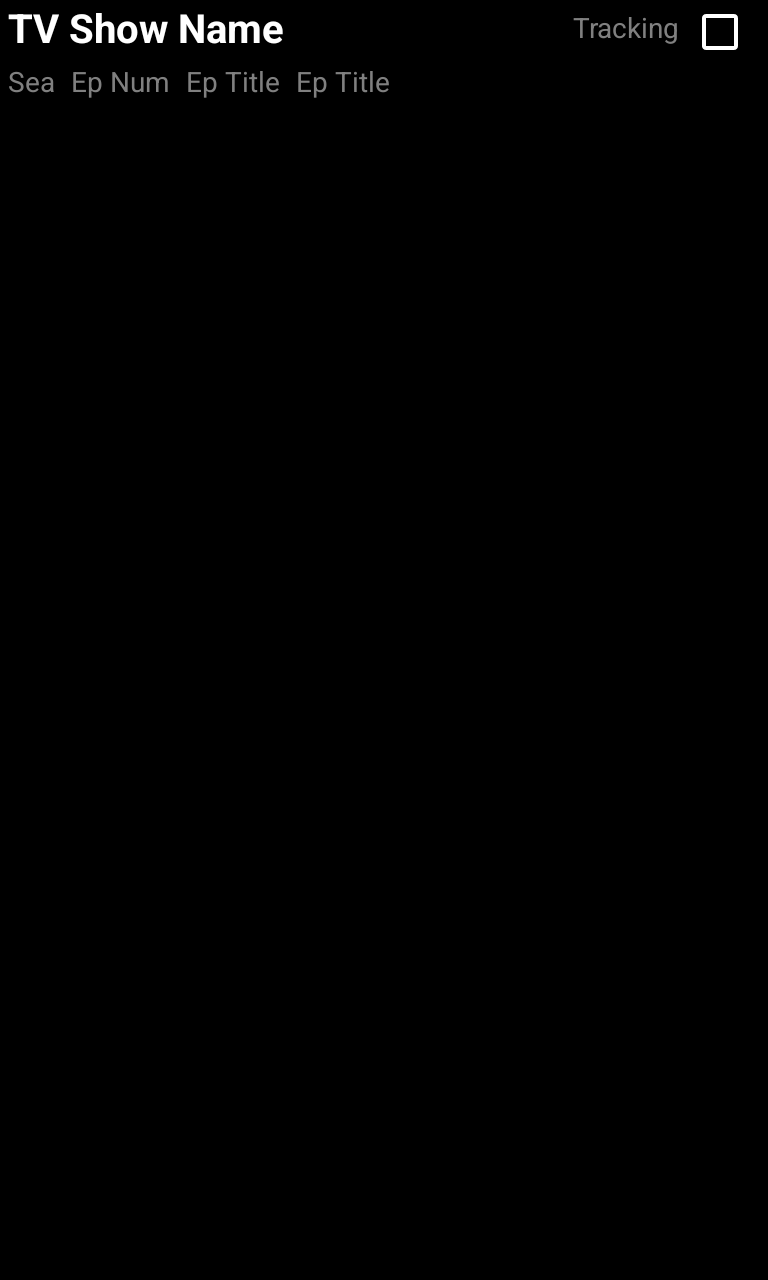
Repository: Jeedan/learning-android-apps
Layout: TvShowTracker/res/layout/list_item_tvshow.xml
An editor plug-in stored every save of this project. The layout is shown before and after a run of saves, followed by the edit.
It is drawn on a 768 x 1280 px phone screen (xhdpi) without system bars, with theme AppTheme; the app's code is not run. The app's manifest (not shown) leaves right-to-left support off. So textAlignment, textDirection and layoutDirection are ignored, and left and right values win over start and end ones.

Above is the layout before, as saved 2014-11-01 10:54:57.

### TvShowTracker/res/layout/list_item_tvshow.xml
<?xml version="1.0" encoding="utf-8"?>
<RelativeLayout xmlns:android="http://schemas.android.com/apk/res/android"
    android:layout_width="match_parent"
    android:layout_height="wrap_content"
    android:background="@android:color/background_dark"  >

    <TextView
        android:id="@+id/tv_show_name_text_view"
        android:layout_width="match_parent"
        android:layout_height="wrap_content"
        android:textSize="20sp"
        android:textStyle="bold"
        android:paddingLeft="4dp"
        android:paddingRight="4dp"
        android:text="@string/tv_show_name"
        android:textColor="@android:color/white"/>

    <CheckBox android:id="@+id/tracked_tv_show_check_box"
        android:layout_width="wrap_content"
        android:layout_height="wrap_content"
        android:layout_alignParentRight="true"
        android:layout_alignParentEnd="true"
        android:padding="4dp"
        android:enabled="false"
        android:focusable="false"
        android:buttonTint="@android:color/background_light"/>

    <TextView
        android:id="@+id/tracking_text_View"
        android:layout_width="wrap_content"
        android:layout_height="wrap_content"
        android:layout_toStartOf="@id/tracked_tv_show_check_box"
        android:layout_toLeftOf="@id/tracked_tv_show_check_box"
        android:paddingLeft="4dp"
        android:paddingRight="4dp"
        android:paddingTop="4dp"
 	    android:text="@string/tracking_text_check_box"
        android:textColor="@android:color/tertiary_text_light"/>

	<TextView
        android:id="@+id/tv_show_season_text_view"
        android:layout_width="wrap_content"
        android:layout_height="wrap_content"
        android:paddingLeft="4dp"
        android:paddingRight="4dp"
        android:paddingTop="4dp"
        android:layout_below="@id/tv_show_name_text_view"
        android:text="@string/tv_show_season"
        android:textColor="@android:color/tertiary_text_light"/>

	<TextView
        android:id="@+id/tv_show_episode_number_text_view"
        android:layout_width="wrap_content"
        android:layout_height="wrap_content"
        android:paddingLeft="4dp"
        android:paddingRight="4dp"
        android:paddingTop="4dp"
        android:layout_below="@id/tv_show_name_text_view"
        android:layout_toEndOf="@id/tv_show_season_text_view"
        android:layout_toRightOf="@id/tv_show_season_text_view"
        android:text="@string/tv_show_episode_number"
        android:textColor="@android:color/tertiary_text_light"/>

	<TextView
        android:id="@+id/tv_show_episode_text_view"
        android:layout_width="wrap_content"
        android:layout_height="wrap_content"
        android:paddingLeft="4dp"
        android:paddingRight="4dp"
        android:paddingTop="4dp"
        android:layout_below="@id/tv_show_name_text_view"
        android:layout_toEndOf="@id/tv_show_episode_number_text_view"
        android:layout_toRightOf="@id/tv_show_episode_number_text_view"
        android:text="@string/tv_show_episode_title"
        android:textColor="@android:color/tertiary_text_light"/>

	<TextView
        android:id="@+id/show_release_date"
        android:layout_width="wrap_content"
        android:layout_height="wrap_content"
        android:paddingLeft="4dp"
        android:paddingRight="4dp"
        android:paddingTop="4dp"
        android:layout_below="@id/tv_show_name_text_view"
        android:layout_toEndOf="@id/tv_show_episode_text_view"
        android:layout_toRightOf="@id/tv_show_episode_text_view"
        android:text="@string/tv_show_episode_title"
        android:textColor="@android:color/tertiary_text_light"/>

</RelativeLayout>

### TvShowTracker/res/values-v21/styles.xml
<resources>

    <!--
        Base application theme for API 14+. This theme completely replaces
        AppBaseTheme from BOTH res/values/styles.xml and
        res/values-v11/styles.xml on API 14+ devices.
    -->
    <style name="AppBaseTheme" parent="@android:style/Theme.Material">
        <!-- API 21 theme customizations can go here. -->
     	<!-- Main theme colors -->
	    <!--   your app branding color for the app bar (Action bar_)-->
	    <item name="android:colorPrimary">@color/primary</item>
	    <!--   darker variant for the status bar and contextual app bars -->
	    <item name="android:colorPrimaryDark">@color/primary_dark</item>
	    <!--   theme UI controls like checkboxes and text fields -->
	    <item name="android:colorAccent">@color/accent</item>
	    <!--   winow background -->
	    <item name="android:windowBackground">@color/windowBackground</item>
	    <!--   Text but don't know if it is for all texts -->
	    <item name="android:textColorPrimary">@color/textColorPrimary_Light</item>
    </style>

        <!-- Application theme. -->
    <style name="AppTheme" parent="AppBaseTheme">
        </style>
</resources>

### TvShowTracker/res/values/colors.xml
<?xml version="1.0" encoding="utf-8"?>
<resources>
    <color name="accent">#FF9D00</color>

    <!--  example: season + episode + release date info text under Show Name -->
    <color name="show_subtitle_text_view_color">#368ABF</color>

    <color name="textColorPrimary">#ffffff</color>
    <color name="textColorPrimary_Light">#666666</color>

    <color name="windowBackground">#333333</color>

    <color name="primary">#1a1a1a</color>
    <color name="primary_dark">#000000</color>

</resources>

### TvShowTracker/res/values/strings.xml
<?xml version="1.0" encoding="utf-8"?>
<resources>

    <string name="app_name">TvShowTracker</string>
    <string name="app_all_shows">All shows</string>
    <string name="app_calendar_title">Today\'s shows</string>
    <string name="action_settings">Settings</string>

    <string name="tv_show_name">TV Show Name</string>
    <string name="tv_show_season">Sea</string>
    <string name="tv_show_episode_number">Ep Num</string>
    <string name="tv_show_episode_title">Ep Title </string>
    <string name="tv_show_release_date">Release Date </string>


    <string name="empty_list">There are no TV Shows in this list.</string>


    <string name="tracking_text_check_box">Tracking</string>

</resources>

Loaded but not shown: TvShowTracker/res/values/styles.xml (common file); TvShowTracker/res/values-v11/styles.xml (common file)

After the next 6 saves:
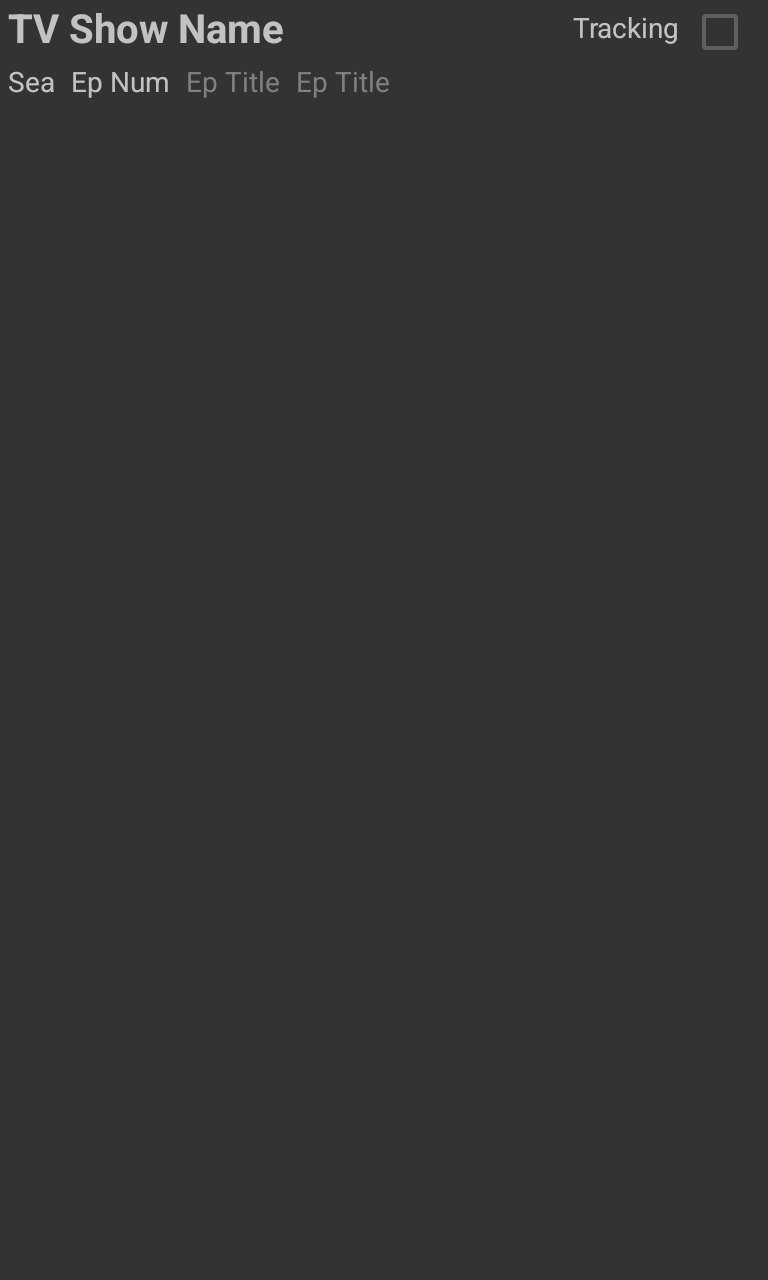
The 6 saves are shown as one change because they came seconds apart.
The last was saved 26 s later.
--- a/TvShowTracker/res/layout/list_item_tvshow.xml
+++ b/TvShowTracker/res/layout/list_item_tvshow.xml
@@ -1,8 +1,7 @@
 <?xml version="1.0" encoding="utf-8"?>
 <RelativeLayout xmlns:android="http://schemas.android.com/apk/res/android"
     android:layout_width="match_parent"
-    android:layout_height="wrap_content"
-    android:background="@android:color/background_dark"  >
+    android:layout_height="wrap_content" >
 
     <TextView
         android:id="@+id/tv_show_name_text_view"
@@ -12,8 +11,7 @@
         android:textStyle="bold"
         android:paddingLeft="4dp"
         android:paddingRight="4dp"
-        android:text="@string/tv_show_name"
-        android:textColor="@android:color/white"/>
+        android:text="@string/tv_show_name"/>
 
     <CheckBox android:id="@+id/tracked_tv_show_check_box"
         android:layout_width="wrap_content"
@@ -22,8 +20,7 @@
         android:layout_alignParentEnd="true"
         android:padding="4dp"
         android:enabled="false"
-        android:focusable="false"
-        android:buttonTint="@android:color/background_light"/>
+        android:focusable="false"/>
 
     <TextView
         android:id="@+id/tracking_text_View"
@@ -34,8 +31,7 @@
         android:paddingLeft="4dp"
         android:paddingRight="4dp"
         android:paddingTop="4dp"
- 	    android:text="@string/tracking_text_check_box"
-        android:textColor="@android:color/tertiary_text_light"/>
+ 	    android:text="@string/tracking_text_check_box"/>
 
 	<TextView
         android:id="@+id/tv_show_season_text_view"
@@ -45,8 +41,7 @@
         android:paddingRight="4dp"
         android:paddingTop="4dp"
         android:layout_below="@id/tv_show_name_text_view"
-        android:text="@string/tv_show_season"
-        android:textColor="@android:color/tertiary_text_light"/>
+        android:text="@string/tv_show_season"/>
 
 	<TextView
         android:id="@+id/tv_show_episode_number_text_view"
@@ -58,8 +53,7 @@
         android:layout_below="@id/tv_show_name_text_view"
         android:layout_toEndOf="@id/tv_show_season_text_view"
         android:layout_toRightOf="@id/tv_show_season_text_view"
-        android:text="@string/tv_show_episode_number"
-        android:textColor="@android:color/tertiary_text_light"/>
+        android:text="@string/tv_show_episode_number"/>
 
 	<TextView
         android:id="@+id/tv_show_episode_text_view"
